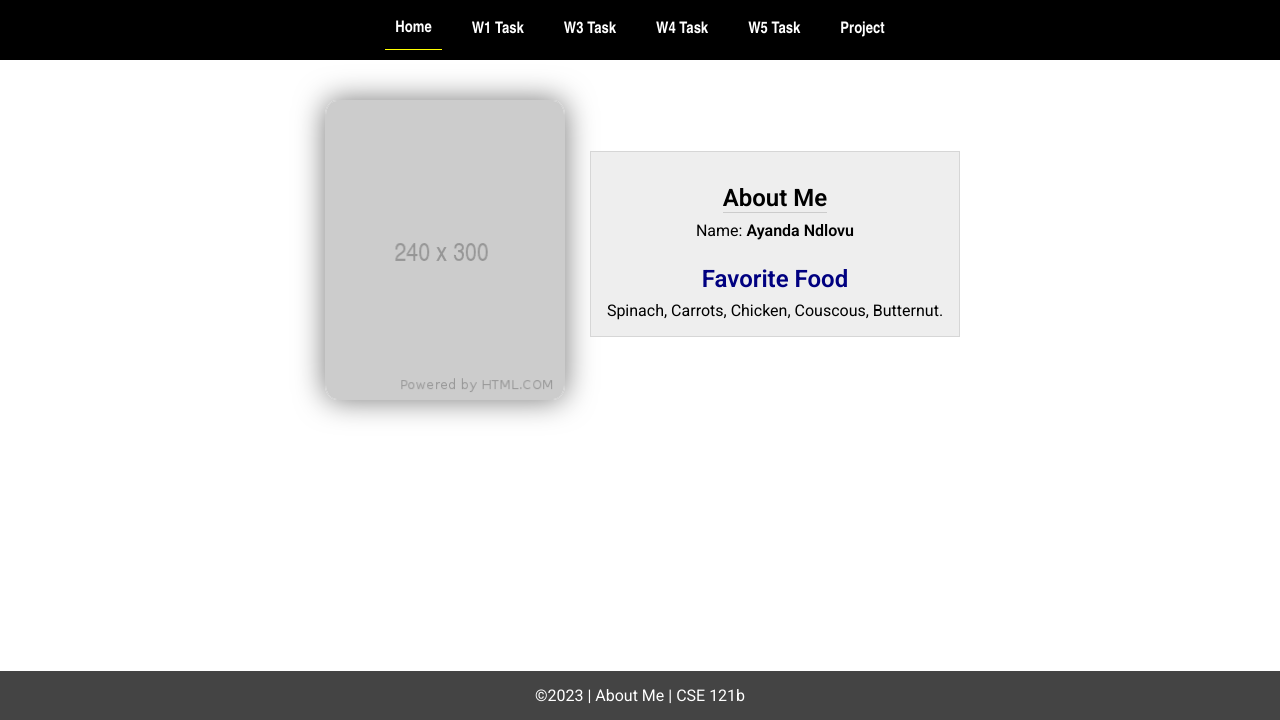
Repository: mszakutumela/cse121b
Page: index.html
An editor plug-in stored every save of this project. The page is shown before and after the next save, followed by the edit.
The browser window is 1280 px wide. The pictures show the whole page.

Above is the page before, as saved 2023-10-07 15:58:10.
Console error: ReferenceError: anotherFavoriteFood is not defined

After the next save:
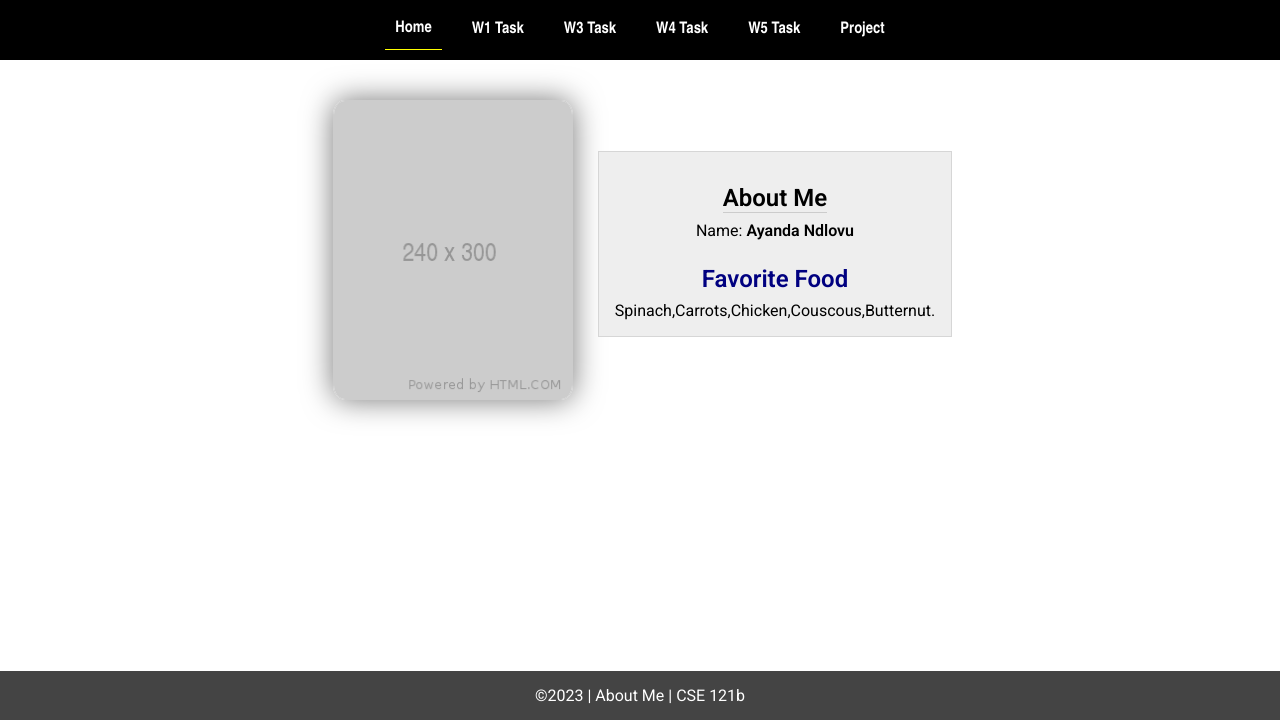
Saved 4 s later.
--- a/scripts/w02-task.js
+++ b/scripts/w02-task.js
@@ -29,7 +29,7 @@ let anotherSingleFood = ['Green Apples'];
 
 let elements = favoriteFood.length;
 favoriteFood.map( (item, index)=>{
-    index < elements-1 ? foodElement.innerHTML +=`${item}, `: foodElement.innerHTML += `${item}.<br>`;
+    index < elements-1 ? foodElement.innerHTML +=`${item},`: foodElement.innerHTML += `${item}.<br>`;
    });
 favoriteFood.push(anotherFavoriteFood);
 favoriteFood.map( (item, index)=>{
